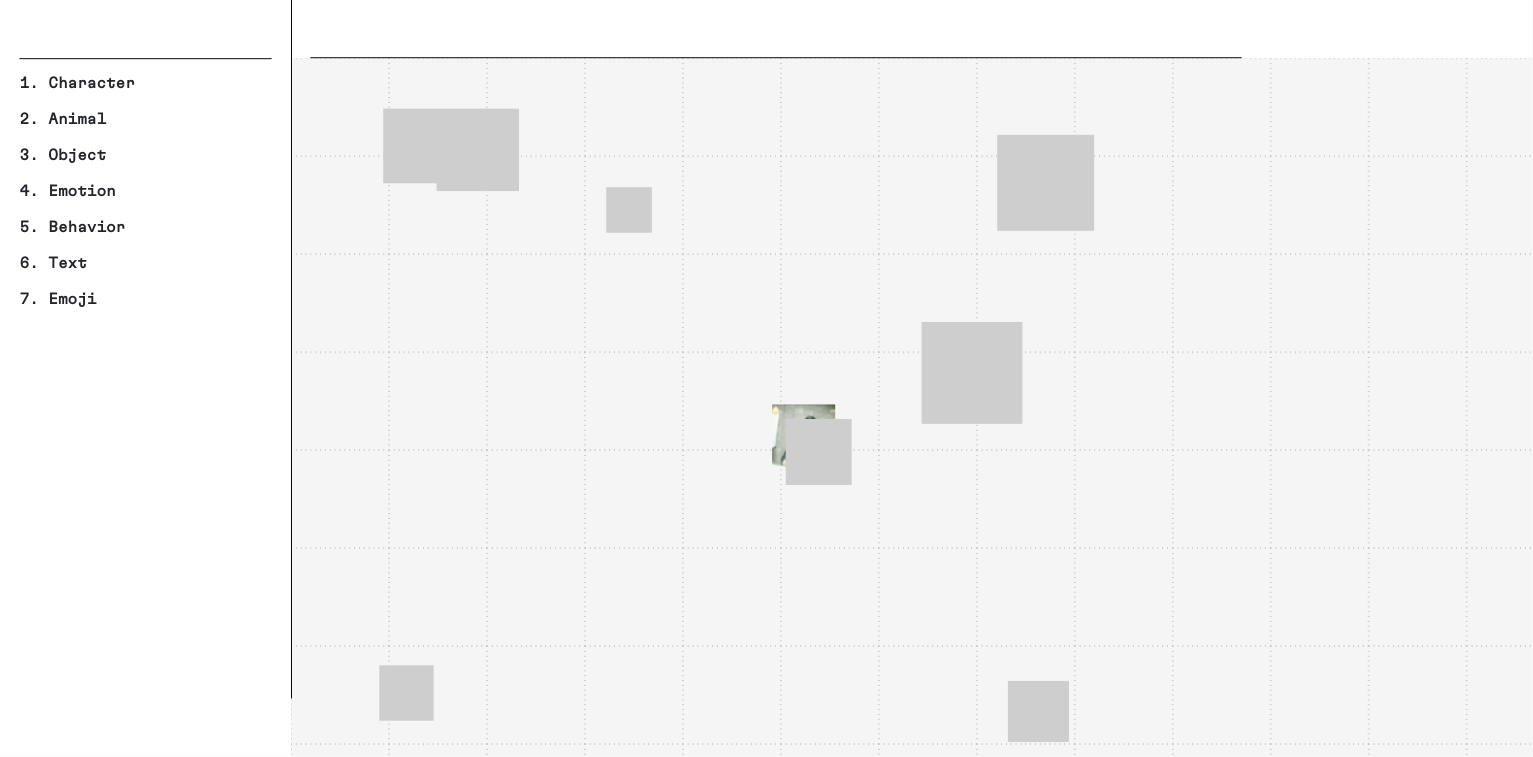
Repository: CastleBelll/project2
Page: /archive (app in job_app/)
An editor plug-in stored every save of this project. The page is shown before and after the next save, followed by the edit.
The browser window is 1280 px wide. The page is 1580 px wide, so the pictures cover 1580 px, including what lies to the right of the window. The pictures show the whole page, at 97% of full size.
The project was rebuilt for these pictures with package versions that can differ from the ones it lists, and the page was loaded fresh each time. Also part of the build but not shown: job_app/src/Archive/ArchiveInfo.css, job_app/src/Archive/ArchiveInfo.js, job_app/src/Generator/Generator.js.

Above is the page before, as saved 2024-12-15 12:49:19.

After the next save:
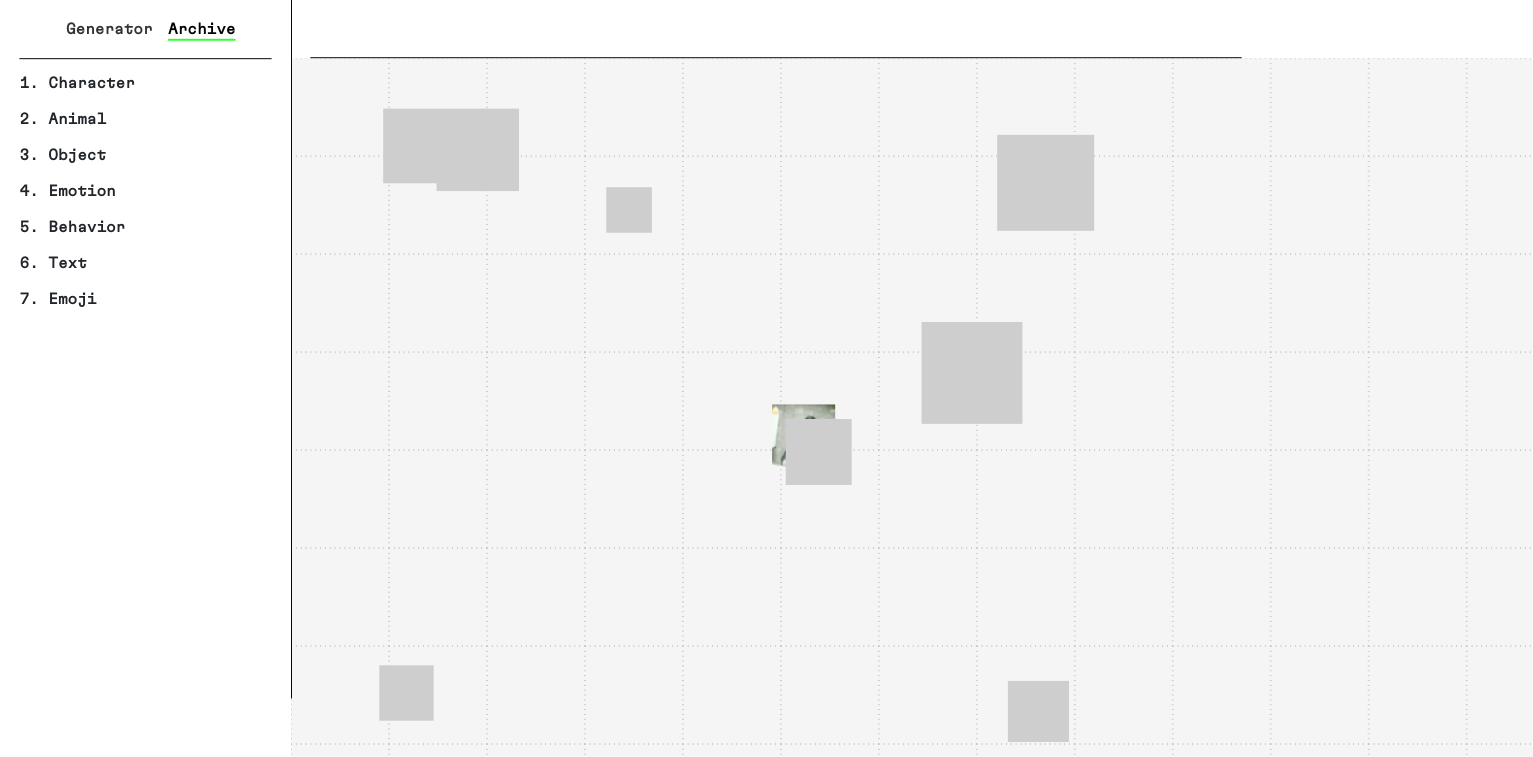
Saved 13 s later.
--- a/job_app/src/App.css
+++ b/job_app/src/App.css
@@ -27,9 +27,11 @@ body:lang(ko) {
   width: 100%;
   height: 60px;
   display: flex;
-  background-image: url('./background_square.png'); /* Generator 활성화 시 배경 이미지 */
-  background-repeat: repeat; /* 가로 및 세로로 반복 */
-  background-color: #242424; /* 기본 배경색도 유지 */}
+  z-index: 1000; /* 네비게이션 바가 다른 요소 위에 오도록 설정 */
+  background-color: #242424; /* 네비게이션 바 배경색 변경 */
+  background-image: url('./background_square.png'); /* 이미지 파일 경로 */
+  background-repeat: repeat;  /* 가로 및 세로로 반복 */
+}
 
 /* Generator 활성화 시 배경 이미지 적용 */
 body.generator-active .navbar {
@@ -68,6 +70,7 @@ body.archive-active .navbar {
   text-decoration-color: #9746ff; /* 밑줄 색상 보라색으로 설정 */
   text-underline-offset: 5px; /* 밑줄과 글자 사이 간격 조정 */
   text-decoration-thickness: 2px; /* 밑줄 두께를 2px로 설정 */
+  z-index: 4000; /* z-index로 navbar 아래로 위치하도록 설정 */
 }
 
 /* 콘텐츠 영역 */
